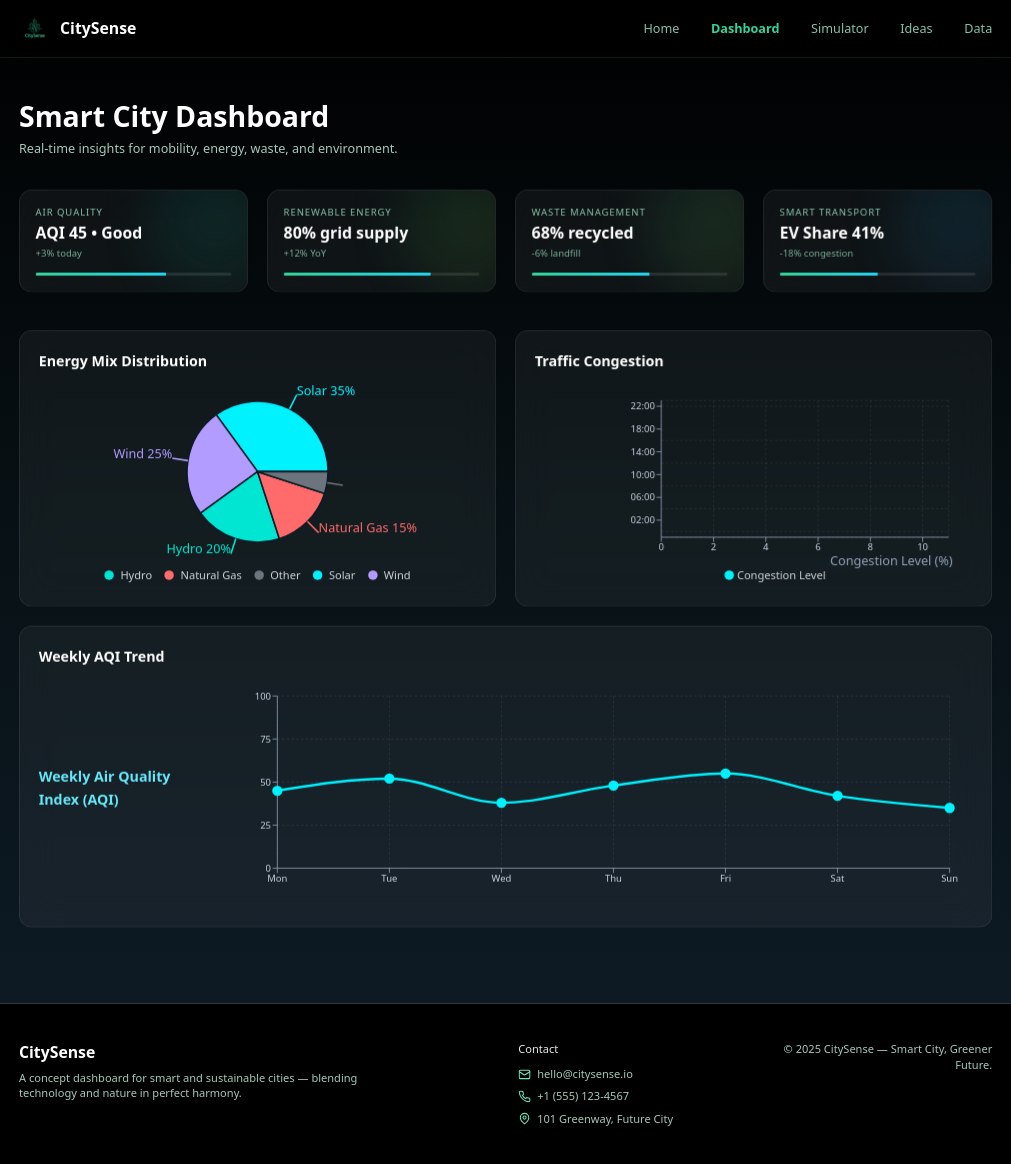
Repository: crashyet/CitySense
Page: /dashboard
An editor plug-in stored every save of this project. The page is shown before and after the next save, followed by the edit.
The browser window is 1280 px wide. The pictures show the whole page, at 79% of full size.
The project was rebuilt for these pictures with package versions that can differ from the ones it lists, and the page was loaded fresh each time. Also part of the build but not shown: vite.config.js, src/pages/landing/Hero.jsx, src/pages/landing/DashboardPreview.jsx, src/pages/landing/Infographic.jsx, src/pages/landing/Community.jsx, src/pages/landing/index.jsx, src/pages/Simulator/index.jsx, src/pages/Ideas/index.jsx and 1 more.

Above is the page before, as saved 2025-11-17 14:57:12.

### src/App.jsx
import { Routes, Route } from "react-router-dom";

import Landing from "./pages/landing";
import Dashboard from "./pages/Dashboardpack";
import Simulator from "./pages/Simulator";
import Ideas from "./pages/Ideas";
import DataPage from "./pages/Data";

export default function App() {
  return (
    <Routes>
      <Route path="/" element={<Landing />} />
      <Route path="/dashboard" element={<Dashboard />} />
      <Route path="/simulator" element={<Simulator />} />
      <Route path="/ideas" element={<Ideas />} />
      <Route path="/data" element={<DataPage />} />
    </Routes>
  );
}

### src/pages/Dashboardpack/index.jsx
import Navbar from "../../components/Navbar";
import Footer from "../../components/Footer";
import EnergyPieChart from "../../components/EnergyPieChart";
import TrafficCongestionChart from "../../components/TrafficCongestionChart";
import WeeklyAQIChart from "../../components/WeeklyAQIChart";

export default function Dashboardpack() {
  return (
    <>
      <Navbar />

      <div className="relative w-full bg-gradient-to-b from-black via-[#071014] to-[#0d1a24] text-white pb-24 pt-32">
        <div className="mx-auto max-w-7xl px-6">

          {/* Header */}
          <div className="mb-10">
            <h1 className="text-3xl md:text-4xl font-semibold">Smart City Dashboard</h1>
            <p className="text-emerald-100/80 mt-2">
              Real-time insights for mobility, energy, waste, and environment.
            </p>
          </div>

          {/* Top Stats */}
          <div className="grid grid-cols-1 md:grid-cols-2 lg:grid-cols-4 gap-6 mb-12">

            {/* CARD 1 */}
            <div className="group relative overflow-hidden rounded-2xl border border-white/10 bg-white/5 p-5 backdrop-blur-xl transition hover:border-emerald-300/40">
              <div className="absolute -right-10 -top-10 h-40 w-40 rounded-full bg-gradient-to-br
              from-cyan-500/30 to-emerald-500/30 opacity-40 blur-2xl" />

              <div className="relative">
                <p className="text-xs uppercase tracking-widest text-emerald-200/80">Air Quality</p>
                <p className="mt-1 text-xl font-semibold">AQI 45 • Good</p>
                <p className="text-xs text-emerald-200/70 mt-1">+3% today</p>
                <div className="mt-4 h-1 w-full bg-white/10 rounded-full overflow-hidden">
                  <div className="h-full w-2/3 bg-gradient-to-r from-emerald-400 to-cyan-400"></div>
                </div>
              </div>
            </div>

            {/* CARD 2 */}
            <div className="group relative overflow-hidden rounded-2xl border border-white/10 bg-white/5 p-5 backdrop-blur-xl transition hover:border-emerald-300/40">
              <div className="absolute -right-10 -top-10 h-40 w-40 rounded-full bg-gradient-to-br
              from-emerald-500/30 to-lime-400/30 opacity-40 blur-2xl" />

              <div className="relative">
                <p className="text-xs uppercase tracking-widest text-emerald-200/80">Renewable Energy</p>
                <p className="mt-1 text-xl font-semibold">80% grid supply</p>
                <p className="text-xs text-emerald-200/70 mt-1">+12% YoY</p>
                <div className="mt-4 h-1 w-full bg-white/10 rounded-full overflow-hidden">
                  <div className="h-full w-3/4 bg-gradient-to-r from-emerald-400 to-cyan-400"></div>
                </div>
              </div>
            </div>

            {/* CARD 3 */}
            <div className="group relative overflow-hidden rounded-2xl border border-white/10 bg-white/5 p-5 backdrop-blur-xl transition hover:border-emerald-300/40">
              <div className="absolute -right-10 -top-10 h-40 w-40 rounded-full bg-gradient-to-br
              from-teal-400/30 to-lime-400/30 opacity-40 blur-2xl" />

              <div className="relative">
                <p className="text-xs uppercase tracking-widest text-emerald-200/80">Waste Management</p>
                <p className="mt-1 text-xl font-semibold">68% recycled</p>
                <p className="text-xs text-emerald-200/70 mt-1">-6% landfill</p>
                <div className="mt-4 h-1 w-full bg-white/10 rounded-full overflow-hidden">
                  <div className="h-full w-3/5 bg-gradient-to-r from-emerald-400 to-cyan-400"></div>
                </div>
              </div>
            </div>

            {/* CARD 4 */}
            <div className="group relative overflow-hidden rounded-2xl border border-white/10 bg-white/5 p-5 backdrop-blur-xl transition hover:border-emerald-300/40">
              <div className="absolute -right-10 -top-10 h-40 w-40 rounded-full bg-gradient-to-br
              from-cyan-500/30 to-blue-500/30 opacity-40 blur-2xl" />

              <div className="relative">
                <p className="text-xs uppercase tracking-widest text-emerald-200/80">Smart Transport</p>
                <p className="mt-1 text-xl font-semibold">EV Share 41%</p>
                <p className="text-xs text-emerald-200/70 mt-1">-18% congestion</p>
                <div className="mt-4 h-1 w-full bg-white/10 rounded-full overflow-hidden">
                  <div className="h-full w-1/2 bg-gradient-to-r from-emerald-400 to-cyan-400"></div>
                </div>
              </div>
            </div>
          </div>

          {/* 2 Column Charts */}
          <div className="grid grid-cols-1 md:grid-cols-2 gap-6">

            {/* ENERGY DISTRIBUTION */}
            <div className="rounded-2xl border border-white/10 bg-white/5 p-6 backdrop-blur-xl md:col-span-1">
              <h3 className="text-lg font-semibold mb-4">Energy Mix Distribution</h3>

              <div className="h-64">
                <EnergyPieChart />
              </div>
            </div>

            {/* TRAFFIC */}
            <div className="rounded-2xl border border-white/10 bg-white/5 p-6 backdrop-blur-xl">
              <h3 className="text-lg font-semibold mb-4">Traffic Congestion</h3>
              <div className="h-64 flex items-center justify-center text-emerald-200/60">
                <TrafficCongestionChart />
              </div>
            </div>

            {/* WEEKLY AQI */}
            <div className="rounded-2xl border border-white/10 bg-white/5 p-6 backdrop-blur-xl md:col-span-2">
              <h3 className="text-lg font-semibold mb-4">Weekly AQI Trend</h3>
              <div className="h-72 flex items-center justify-center text-emerald-200/60">
                <WeeklyAQIChart />
              </div>
            </div>

          </div>
        </div>
      </div>

      <Footer />
    </>
  );
}

### src/components/Navbar.jsx
import { NavLink } from "react-router-dom";
import { useState } from "react";
import Logo from "../assets/logo.png"; // sesuaikan path logo

export default function Navbar() {
  const [open, setOpen] = useState(false);

  const linkClass = ({ isActive }) =>
    isActive
      ? "text-emerald-400 font-semibold"
      : "text-emerald-200/80 hover:text-white";

  return (
    <header className="fixed w-full z-50 bg-black/40 backdrop-blur-xl border-b border-emerald-400/20 px-6 py-4">
      <div className="max-w-7xl mx-auto flex justify-between items-center">

        {/* LOGO */}
        <NavLink to="/" className="flex items-center gap-3">
          <img src={Logo} className="w-10 h-10" />
          <span className="text-xl text-white font-semibold">CitySense</span>
        </NavLink>

        {/* DESKTOP NAV */}
        <nav className="hidden md:flex gap-10">
          <NavLink to="/" className={linkClass}>Home</NavLink>
          <NavLink to="/dashboard" className={linkClass}>Dashboard</NavLink>
          <NavLink to="/simulator" className={linkClass}>Simulator</NavLink>
          <NavLink to="/ideas" className={linkClass}>Ideas</NavLink>
          <NavLink to="/data" className={linkClass}>Data</NavLink>
        </nav>

        {/* MOBILE BUTTON */}
        <button className="md:hidden text-white" onClick={() => setOpen(!open)}>
          {open ? "✖" : "☰"}
        </button>
      </div>

      {/* MOBILE NAV */}
      {open && (
        <div className="md:hidden bg-black/60 backdrop-blur-lg px-6 pb-4 flex flex-col gap-3">
          <NavLink onClick={() => setOpen(false)} to="/" className="text-white">Home</NavLink>
          <NavLink onClick={() => setOpen(false)} to="/dashboard" className="text-white">Dashboard</NavLink>
          <NavLink onClick={() => setOpen(false)} to="/simulator" className="text-white">Simulator</NavLink>
          <NavLink onClick={() => setOpen(false)} to="/ideas" className="text-white">Ideas</NavLink>
          <NavLink onClick={() => setOpen(false)} to="/data" className="text-white">Data</NavLink>
        </div>
      )}
    </header>
  );
}

### src/components/Footer.jsx
import React from "react";

const Footer = () => {
  return (
    <footer id="contact" className="relative w-full bg-black text-white">
      <div className="mx-auto max-w-7xl px-6 py-12">

        <div className="grid grid-cols-1 gap-8 md:grid-cols-4">

          {/* Brand */}
          <div className="col-span-2">
            <h4 className="text-xl font-semibold">CitySense</h4>
            <p className="mt-2 max-w-md text-sm text-emerald-100/80">
              A concept dashboard for smart and sustainable cities — blending
              technology and nature in perfect harmony.
            </p>
          </div>

          {/* Contact */}
          <div>
            <p className="text-sm font-medium text-white/90">Contact</p>
            <ul className="mt-3 space-y-2 text-sm text-emerald-100/80">

              <li className="flex items-center gap-2">
                <svg xmlns="http://www.w3.org/2000/svg" width="24" height="24"
                  viewBox="0 0 24 24" fill="none" stroke="currentColor"
                  strokeWidth="2" strokeLinecap="round" strokeLinejoin="round"
                  className="lucide lucide-mail h-4 w-4 text-emerald-300">
                  <rect width="20" height="16" x="2" y="4" rx="2"></rect>
                  <path d="m22 7-8.97 5.7a1.94 1.94 0 0 1-2.06
                    0L2 7"></path>
                </svg>
                hello@citysense.io
              </li>

              <li className="flex items-center gap-2">
                <svg xmlns="http://www.w3.org/2000/svg" width="24" height="24"
                  viewBox="0 0 24 24" fill="none" stroke="currentColor"
                  strokeWidth="2" strokeLinecap="round" strokeLinejoin="round"
                  className="lucide lucide-phone h-4 w-4 text-emerald-300">
                  <path d="M22 16.92v3a2 2 0 0 1-2.18
                    2 19.79 19.79 0 0 1-8.63-3.07 19.5
                    19.5 0 0 1-6-6 19.79 19.79 0 0
                    1-3.07-8.67A2 2 0 0 1 4.11 2h3a2
                    2 0 0 1 2 1.72 12.84 12.84 0 0
                    0 .7 2.81 2 2 0 0 1-.45
                    2.11L8.09 9.91a16 16 0 0 0 6
                    6l1.27-1.27a2 2 0 0 1 2.11-.45
                    12.84 12.84 0 0 0 2.81.7A2
                    2 0 0 1 22 16.92z"></path>
                </svg>
                +1 (555) 123-4567
              </li>

              <li className="flex items-center gap-2">
                <svg xmlns="http://www.w3.org/2000/svg" width="24" height="24"
                  viewBox="0 0 24 24" fill="none" stroke="currentColor"
                  strokeWidth="2" strokeLinecap="round" strokeLinejoin="round"
                  className="lucide lucide-map-pin h-4 w-4 text-emerald-300">
                  <path d="M20 10c0 6-8 12-8
                    12s-8-6-8-12a8 8 0 0 1
                    16 0Z"></path>
                  <circle cx="12" cy="10" r="3"></circle>
                </svg>
                101 Greenway, Future City
              </li>

            </ul>
          </div>

          {/* Copyright */}
          <div className="md:text-right">
            <p className="text-sm text-emerald-100/80">
              © 2025 CitySense — Smart City, Greener Future.
            </p>
          </div>

        </div>
      </div>
    </footer>
  );
};

export default Footer;

### src/components/EnergyPieChart.jsx
// EnergyPieChart.jsx
import { PieChart, Pie, Cell, Tooltip, ResponsiveContainer, Legend } from "recharts";

const data = [
  { name: "Solar", value: 35, color: "#00f2fe" },
  { name: "Wind", value: 25, color: "#b29cff" },
  { name: "Hydro", value: 20, color: "#00e6d2" },
  { name: "Natural Gas", value: 15, color: "#ff6b6b" },
  { name: "Other", value: 5, color: "#6c757d" },
];

export default function EnergyPieChart() {
  return (
    <>
      {/* Judul Grafik */}
      {/* <h3 className="text-lg font-semibold text-cyan-300 mb-4">
        Distribusi Energi Terbarukan
      </h3> */}

      <div className="w-full h-full">
        <ResponsiveContainer width="100%" height="100%">
          <PieChart>
            <Pie
              data={data}
              dataKey="value"
              nameKey="name"
              cx="50%"
              cy="50%"
              innerRadius={0}
              outerRadius="85%"
              paddingAngle={0}
              stroke="#0d1a24" // Warna gelap untuk batas
              strokeWidth={2}
              label={({ name, percent }) => {
                const formattedPercent = (percent * 100).toFixed(0);
                return formattedPercent > 8 ? `${name}\n${formattedPercent}%` : null;
              }}
              labelLine={true}
              labelStyle={{ fill: '#e2e8f0', fontSize: 12, fontWeight: 'bold' }}
            >
              {data.map((entry, index) => (
                <Cell
                  key={`cell-${index}`}
                  fill={entry.color}
                />
              ))}
            </Pie>

            {/* Tooltip - Disesuaikan dengan tema glassmorphism */}
            <Tooltip
              contentStyle={{
                background: "rgba(15, 23, 42, 0.9)",
                border: "1px solid rgba(56, 189, 248, 0.3)",
                backdropFilter: "blur(8px)",
                color: "#e2e8f0",
                borderRadius: "8px",
                padding: "10px",
                fontSize: "13px",
                boxShadow: "0 4px 12px rgba(0,0,0,0.2)",
              }}
              itemStyle={{ color: "#00f2fe" }}
              formatter={(value) => [`${value}%`, 'Energi']}
              labelStyle={{ color: "#b29cff", fontWeight: 'bold' }}
            />

            {/* Legenda - Disesuaikan agar sesuai dengan tema dan tata letak */}
            <Legend
              layout="horizontal"
              verticalAlign="bottom"
              align="center"
              content={(props) => {
                const { payload } = props;
                return (
                  <ul className="flex flex-wrap justify-center gap-4 mt-4">
                    {payload.map((entry, index) => (
                      <li key={`item-${index}`} className="flex items-center">
                        <span
                          className="w-3 h-3 rounded-full mr-2"
                          style={{ backgroundColor: entry.color }}
                        ></span>
                        <span className="text-gray-300 text-sm">{entry.value}</span>
                      </li>
                    ))}
                  </ul>
                );
              }}
            />
          </PieChart>
        </ResponsiveContainer>
      </div>
    </>
  );
}

### src/components/TrafficCongestionChart.jsx
// src/components/TrafficCongestionChart.jsx
import { BarChart, Bar, XAxis, YAxis, CartesianGrid, Tooltip, ResponsiveContainer, Legend } from "recharts";

const trafficData = [
  { hour: "00:00", congestion: 15 },
  { hour: "02:00", congestion: 10 },
  { hour: "04:00", congestion: 8 },
  { hour: "06:00", congestion: 45 },
  { hour: "08:00", congestion: 80 },
  { hour: "10:00", congestion: 65 },
  { hour: "12:00", congestion: 70 },
  { hour: "14:00", congestion: 75 },
  { hour: "16:00", congestion: 85 },
  { hour: "18:00", congestion: 82 },
  { hour: "20:00", congestion: 60 },
  { hour: "22:00", congestion: 35 },
];

export default function TrafficCongestionChart() {
  // Harus mengembalikan JSX
  return ( // Pastikan ada return
    <>
      {/* Judul ini HARUS ADA di sini */}
      {/* <h3 className="text-lg font-semibold mb-4 text-cyan-300">Traffic Congestion by Hour</h3> */}

      {/* Dan div ini juga HARUS ADA */}
      <div className="w-full h-full">
        <ResponsiveContainer width="100%" height="100%">
          <BarChart
            layout="horizontal"
            data={trafficData}
            margin={{
              top: 20,
              right: 30,
              left: 100,
              bottom: 5,
            }}
          >
            <CartesianGrid strokeDasharray="3 3" stroke="rgba(255, 255, 255, 0.1)" />
            <XAxis
              type="number"
              domain={[0, 100]}
              tick={{ fill: '#cbd5e1', fontSize: 12 }}
              label={{ value: 'Congestion Level (%)', position: 'insideBottomRight', offset: -5, fill: "#94a3b8" }}
              stroke="#94a3b8"
            />
            <YAxis
              type="category"
              dataKey="hour"
              tick={{ fill: '#cbd5e1', fontSize: 12 }}
              stroke="#94a3b8"
              width={60}
            />
            <Tooltip
              contentStyle={{
                background: "rgba(15, 23, 42, 0.9)",
                border: "1px solid rgba(56, 189, 248, 0.3)",
                backdropFilter: "blur(8px)",
                color: "#e2e8f0",
                borderRadius: "8px",
                padding: "10px",
                fontSize: "13px",
              }}
              labelStyle={{ color: "#b29cff", fontWeight: 'bold' }}
              formatter={(value) => [`${value}%`, 'Congestion']}
            />
            <Legend
              content={(props) => {
                const { payload } = props;
                return (
                  <div className="flex justify-center mt-2">
                    {payload.map((entry, index) => (
                      <span key={`legend-item-${index}`} className="flex items-center mr-4">
                        <span
                          className="w-3 h-3 rounded-full mr-1"
                          style={{ backgroundColor: entry.color }}
                        ></span>
                        <span className="text-gray-300 text-sm">{entry.value}</span>
                      </span>
                    ))}
                  </div>
                );
              }}
            />
            <Bar
              dataKey="congestion"
              name="Congestion Level"
              fill="#00f2fe"
              radius={[0, 4, 4, 0]}
              barSize={16}
            />
          </BarChart>
        </ResponsiveContainer>
      </div>
    </>
  ); // Penutup return
}

### src/components/WeeklyAQIChart.jsx
// src/components/WeeklyAQIChart.jsx
import { LineChart, Line, XAxis, YAxis, CartesianGrid, Tooltip, ResponsiveContainer } from "recharts";

// Data contoh untuk tren AQI mingguan
const aqiData = [
  { day: "Mon", aqi: 45 },
  { day: "Tue", aqi: 52 },
  { day: "Wed", aqi: 38 },
  { day: "Thu", aqi: 48 },
  { day: "Fri", aqi: 55 },
  { day: "Sat", aqi: 42 },
  { day: "Sun", aqi: 35 },
];

const CustomTooltip = ({ active, payload, label }) => {
  if (active && payload && payload.length) {
    return (
      <div className="bg-gray-900/90 border border-cyan-500/30 backdrop-blur-sm p-3 rounded-md text-white shadow-lg">
        <p className="text-sm font-semibold">{`Hari: ${label}`}</p>
        <p className="text-sm" style={{ color: payload[0].color }}>{`AQI: ${payload[0].value}`}</p>
      </div>
    );
  }
  return null;
};

export default function WeeklyAQIChart() {
  return (
    <>
      <h3 className="text-lg font-semibold mb-4 text-cyan-300">Weekly Air Quality Index (AQI)</h3>

      {/* Wadah fleksibel untuk grafik */}
      <div className="w-full h-full relative">
        <ResponsiveContainer width="100%" height="100%" minWidth={0} minHeight={0}>
          <LineChart
            data={aqiData}
            margin={{
              top: 20,
              right: 30,
              left: 20,
              bottom: 20,
            }}
          >
            <CartesianGrid strokeDasharray="3 3" stroke="rgba(255, 255, 255, 0.1)" />
            <XAxis
              dataKey="day"
              stroke="#94a3b8" // Warna teks dan garis sumbu
              tick={{ fill: '#cbd5e1', fontSize: 12 }} // Warna teks hari
            />
            <YAxis
              stroke="#94a3b8" // Warna teks dan garis sumbu
              tick={{ fill: '#cbd5e1', fontSize: 12 }} // Warna teks nilai AQI
              domain={[0, 100]} // Rentang AQI dari 0 hingga 100
            />
            <Tooltip content={<CustomTooltip />} /> {/* Gunakan tooltip kustom */}
            <Line
              type="monotone" // Tipe garis yang halus
              dataKey="aqi"
              name="AQI"
              stroke="#00f2fe" // Warna garis utama, biru neon
              strokeWidth={3}
              dot={{ fill: '#00f2fe', r: 5 }} // Titik data
              activeDot={{ r: 8, fill: '#b29cff' }} // Titik aktif saat hover
            />
          </LineChart>
        </ResponsiveContainer>
      </div>
    </>
  );
}

Loaded but not shown: index.html (common file); src/main.jsx (common file); src/index.css (common file); tailwind.config.js (common file)

After the next save:
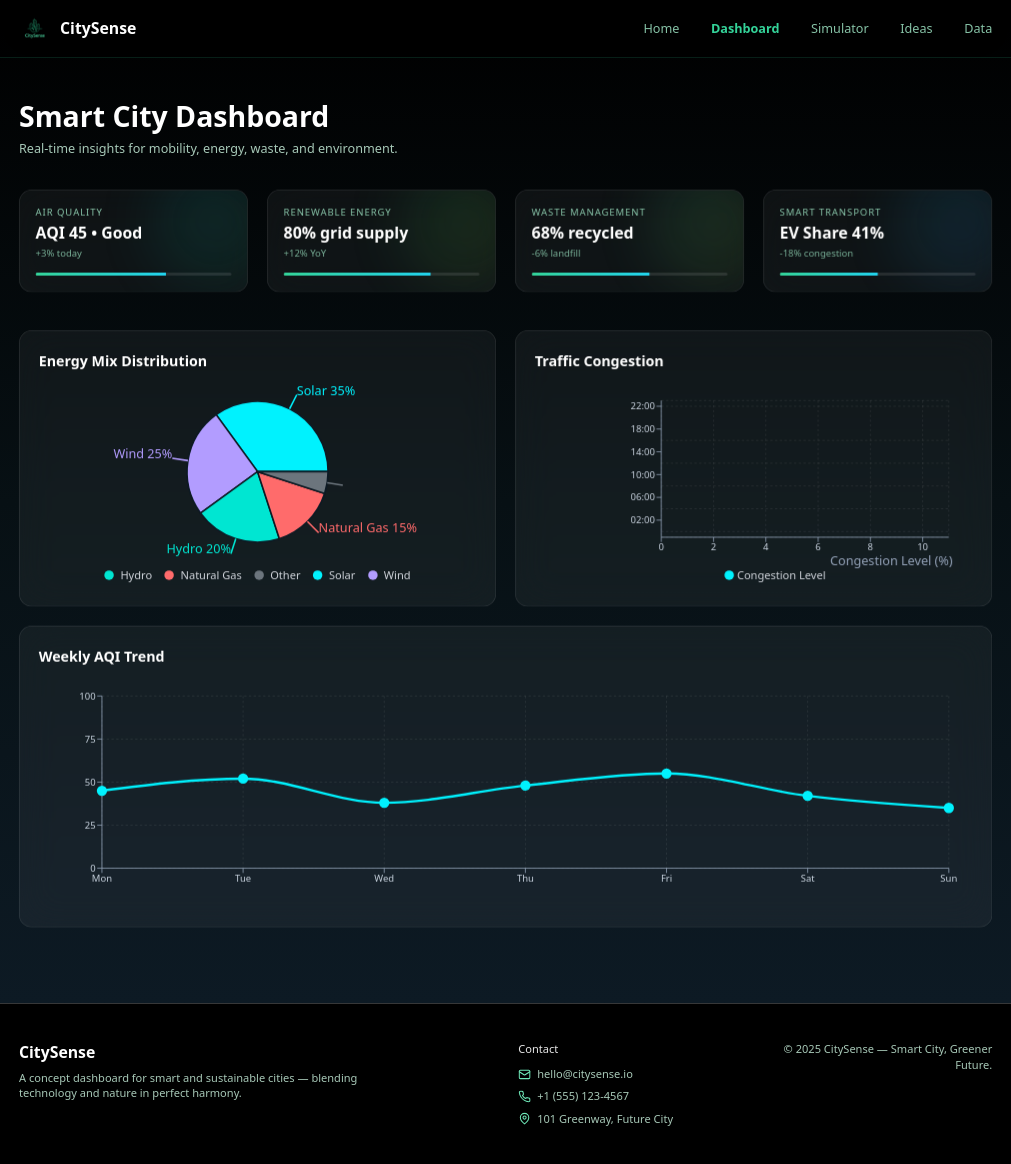
Saved 21 s later.
--- a/src/components/WeeklyAQIChart.jsx
+++ b/src/components/WeeklyAQIChart.jsx
@@ -27,7 +27,7 @@ const CustomTooltip = ({ active, payload, label }) => {
 export default function WeeklyAQIChart() {
   return (
     <>
-      <h3 className="text-lg font-semibold mb-4 text-cyan-300">Weekly Air Quality Index (AQI)</h3>
+      {/* <h3 className="text-lg font-semibold mb-4 text-cyan-300">Weekly Air Quality Index (AQI)</h3> */}
 
       {/* Wadah fleksibel untuk grafik */}
       <div className="w-full h-full relative">
